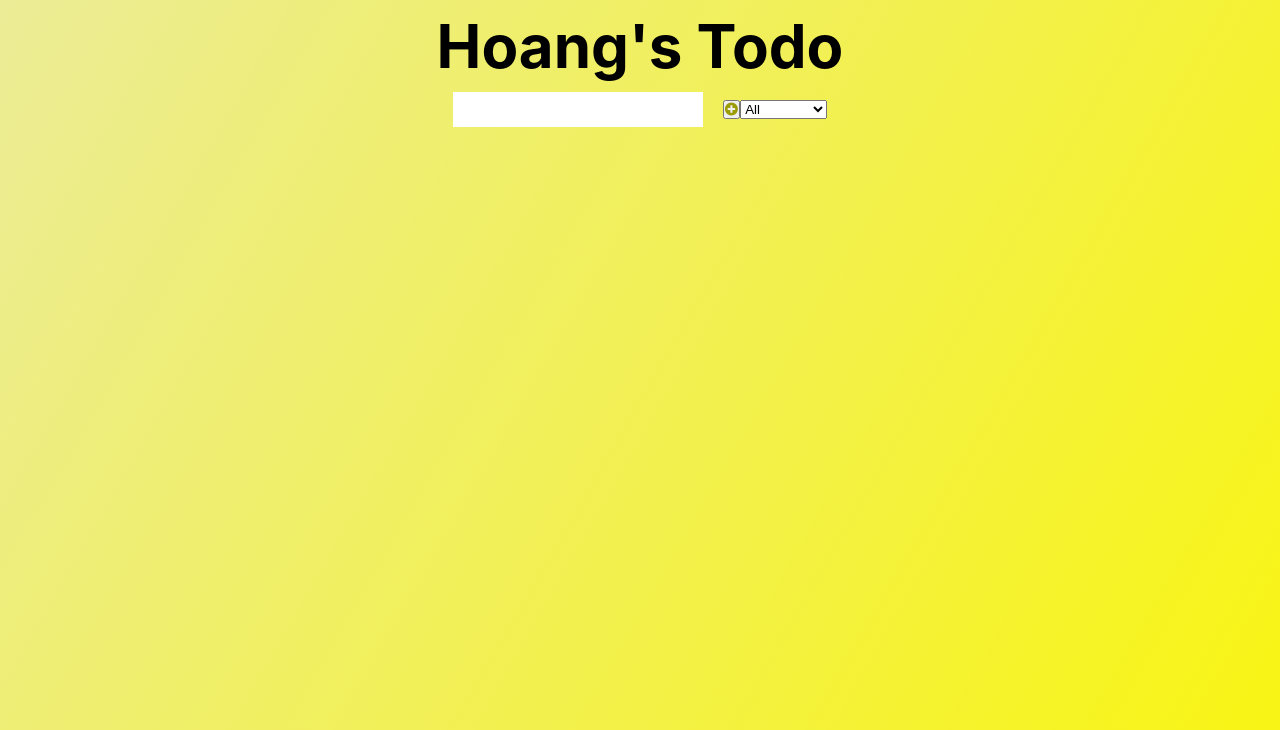
Repository: DinhHoang0607/TodoReact
Page: /
An editor plug-in stored every save of this project. The page is shown before and after the next save, followed by the edit.
The browser window is 1280 px wide. The pictures show the whole page.
Some web libraries are served in a nearby version. The project was rebuilt for these pictures with package versions that can differ from the ones it lists, and the page was loaded fresh each time.

Above is the page before, as saved 2021-09-09 20:32:45.

### public/index.html
<!DOCTYPE html>
<html lang="en">
  <head>
    <meta charset="utf-8" />
    <link rel="icon" href="%PUBLIC_URL%/favicon.ico" />
    <meta name="viewport" content="width=device-width, initial-scale=1" />
    <meta name="theme-color" content="#000000" />
    <meta
      name="description"
      content="Web site created using create-react-app"
    />
    <link rel="apple-touch-icon" href="%PUBLIC_URL%/logo192.png" />
    <!--
      manifest.json provides metadata used when your web app is installed on a
      user's mobile device or desktop. See https://developers.google.com/web/fundamentals/web-app-manifest/
    -->
    <link rel="stylesheet" href="https://pro.fontawesome.com/releases/v5.10.0/css/all.css" integrity="sha384-AYmEC3Yw5cVb3ZcuHtOA93w35dYTsvhLPVnYs9eStHfGJvOvKxVfELGroGkvsg+p" crossorigin="anonymous"/>
    <link rel="manifest" href="%PUBLIC_URL%/manifest.json" />
    <!--
      Notice the use of %PUBLIC_URL% in the tags above.
      It will be replaced with the URL of the `public` folder during the build.
      Only files inside the `public` folder can be referenced from the HTML.

      Unlike "/favicon.ico" or "favicon.ico", "%PUBLIC_URL%/favicon.ico" will
      work correctly both with client-side routing and a non-root public URL.
      Learn how to configure a non-root public URL by running `npm run build`.
    -->
    <title>React App</title>
  </head>
  <body>
    <noscript>You need to enable JavaScript to run this app.</noscript>
    <div id="root"></div>
    <!--
      This HTML file is a template.
      If you open it directly in the browser, you will see an empty page.

      You can add webfonts, meta tags, or analytics to this file.
      The build step will place the bundled scripts into the <body> tag.

      To begin the development, run `npm start` or `yarn start`.
      To create a production bundle, use `npm run build` or `yarn build`.
    -->
  </body>
</html>

### src/App.js
import "./App.css";
import React from "react";
import Form from "./components/Form";

function App() {
  return (
    <div className="App">
      <header>
        <h1>Hoang's Todo</h1>
      </header>
      <Form />
    </div>
  );
}

export default App;

### src/App.css
*,
*::before,
*::after {
  box-sizing: border-box;
  padding: 0;
  margin: 0;
}
html {
  font-size: 62.5%;
}
body {
  width: 100%;
  height: 100vh;
  background-image: linear-gradient(120deg, #ebec96 0%, #f8f414 100%);
}
header {
  font-size: 3rem;
  margin: 1rem auto;
}
header,
form {
  display: flex;
  justify-content: center;
  align-items: center;
}
.form__input {
  width: 25rem;
  height: 3.5rem;
  border: none;
  background: white;
}
.form__btn {
  color: #9a9c01;
  margin-left: 2rem;
  /* width: 3.5rem;
  height: 3.5rem; */
  /* border-radius: 50%; */
  font-size: ;
}

### src/components/Form.js
import React from "react";
const Form = () => {
  return (
    <form className="form">
      <input type="text" className="form__input" />
      <button className="form__btn" type="submit">
        <i class="fas fa-plus-circle"></i>
      </button>
      <div className="form__select">
        <select name="items" className="select__item">
          <option value="all" selected="selected">
            All
          </option>
          <option value="completed">Completed</option>
          <option value="inProcess">InProcess</option>
        </select>
      </div>
    </form>
  );
};

export default Form;

Loaded but not shown: src/index.js (common file); src/index.css (common file); src/reportWebVitals.js (common file)

After the next save:
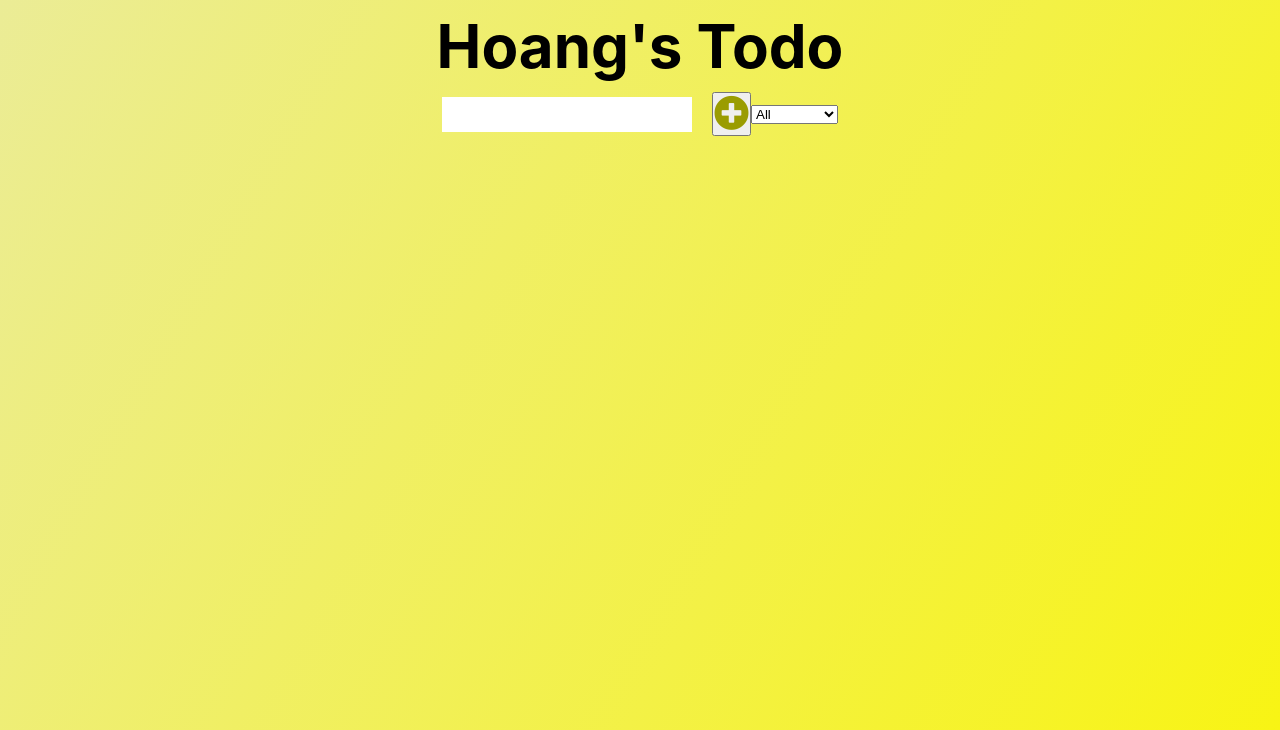
Saved 16 s later.
--- a/src/App.css
+++ b/src/App.css
@@ -35,5 +35,5 @@ form {
   /* width: 3.5rem;
   height: 3.5rem; */
   /* border-radius: 50%; */
-  font-size: ;
+  font-size: 3.5rem;
 }
